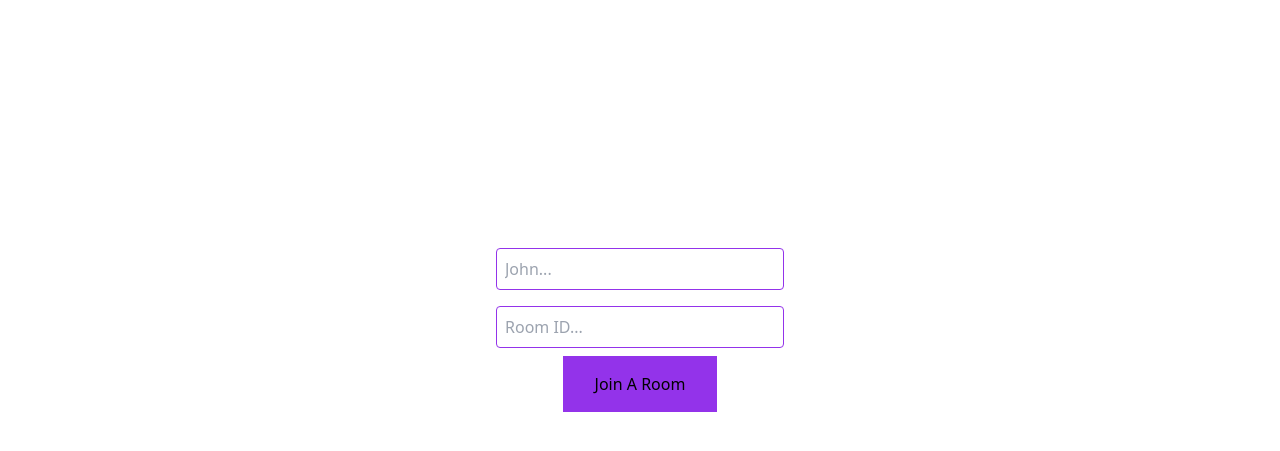
Repository: GabrielMorring/tictactoe
Page: /
These files come from the project's save history. The page is drawn as it stood at one moment and after the next save; the edit follows.
The browser window is 1280 px wide. The pictures show the whole page.
The page's requests for data from a server got no answer. The project was rebuilt for these pictures with package versions that can differ from the ones it lists, and the page was loaded fresh each time. No one was signed in, and anything a server would have sent is missing. Also part of the build but not shown: src/components/Square.jsx, src/components/Board.jsx.

Above is the page before, as saved 2022-06-20 10:29:00.

### src/App.js
import Board from "./components/Board";
import { useState } from "react";
import io from "socket.io-client";

const socket = io.connect("http://localhost:3001");

function App() {
  const [showBoard, setShowBoard] = useState(false);
  const [userName, setUserName] = useState("");
  const [room, setRoom] = useState("");

  const joinRoom = () => {
    if (userName !== "" && room !== "") {
      socket.emit("join_room", room);
      setShowBoard(true);
    } else {
      alert("Please enter a username and room");
    }
  };

  return (
    <div className="">
      {showBoard ? (
        <Board socket={socket} userName={userName} room={room} />
      ) : (
        <div className="flex flex-col w-72 mx-auto my-60 items-center">
          <input
            className="w-full p-2 m-2 border border-purple-600 rounded focus:outline-none"
            type="text"
            placeholder="John..."
            onChange={(e) => setUserName(e.target.value)}
          />
          <input
            className="w-full p-2 m-2 border border-purple-600 rounded focus:outline-none"
            type="text"
            placeholder="Room ID..."
            onChange={(e) => setRoom(e.target.value)}
          />
          <button className="bg-purple-600 px-8 py-4" onClick={joinRoom}>
            Join A Room
          </button>
        </div>
      )}
    </div>
  );
}

export default App;

Loaded but not shown: public/index.html (common file); src/index.js (common file); src/index.css (common file); src/reportWebVitals.js (common file); tailwind.config.js (common file)

After the next save:
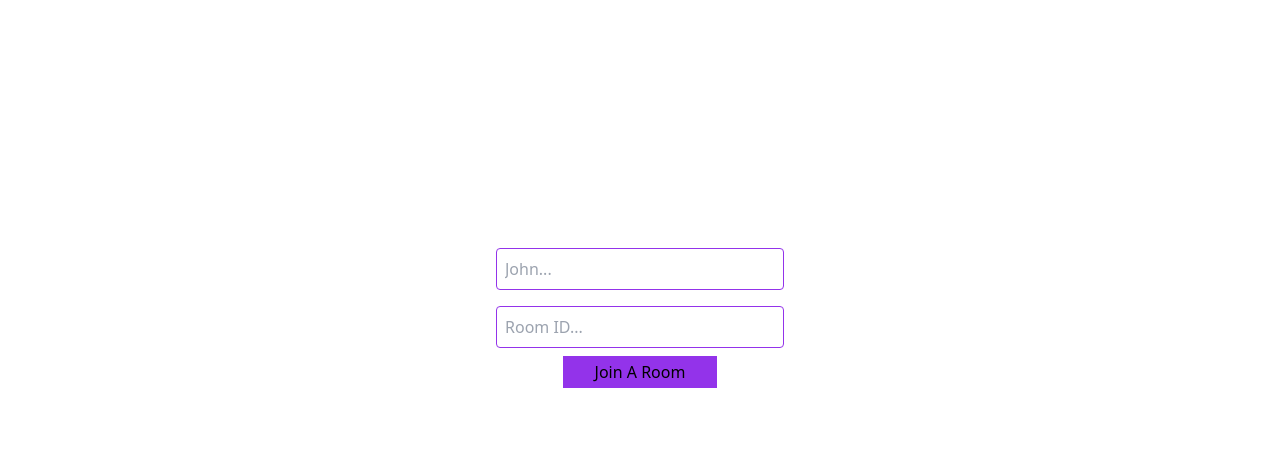
Saved 5 s later.
--- a/src/App.js
+++ b/src/App.js
@@ -36,7 +36,7 @@ function App() {
             placeholder="Room ID..."
             onChange={(e) => setRoom(e.target.value)}
           />
-          <button className="bg-purple-600 px-8 py-4" onClick={joinRoom}>
+          <button className="bg-purple-600 px-8 py-1" onClick={joinRoom}>
             Join A Room
           </button>
         </div>
